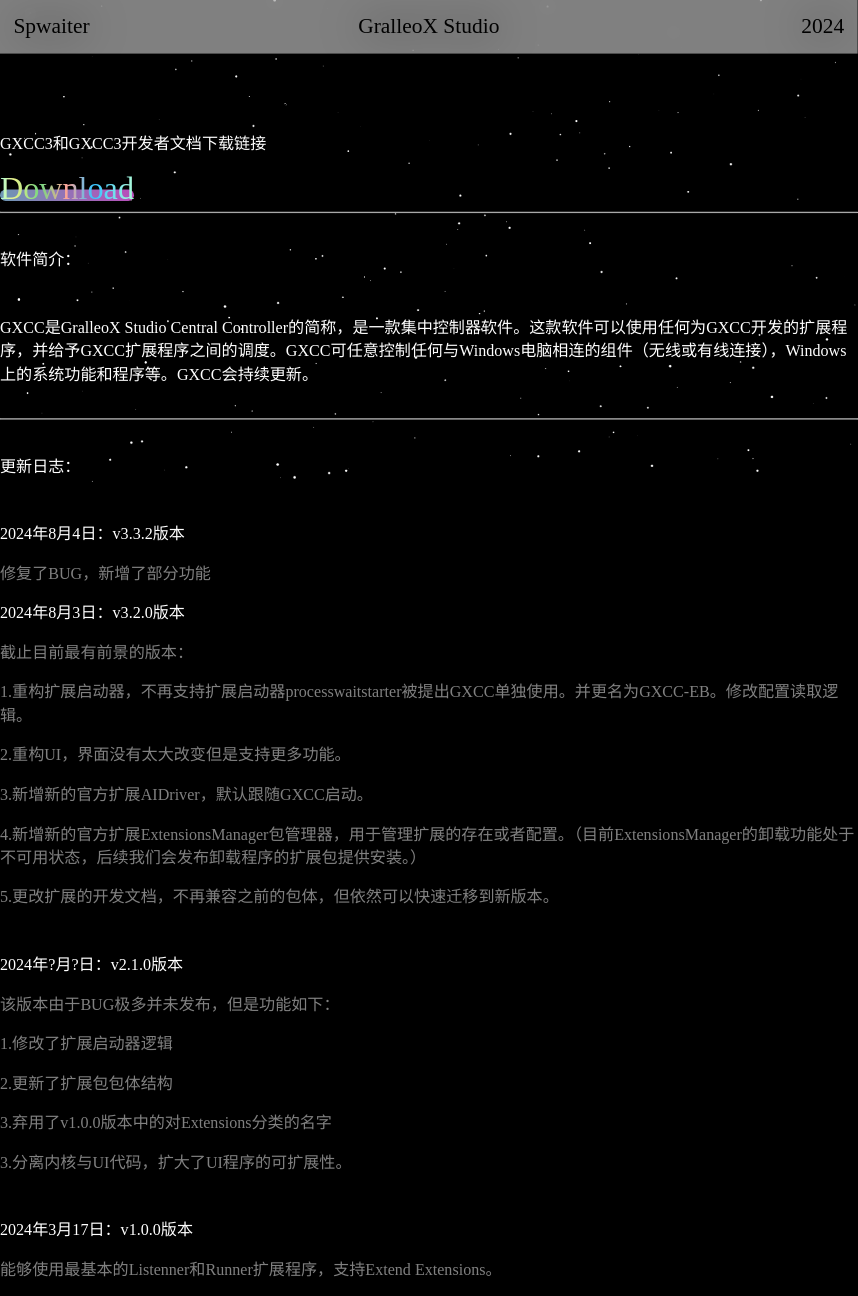
Repository: Lisu-Liso/page
Page: GXCC/index.html
An editor plug-in stored every save of this project. The page is shown before and after the next save, followed by the edit.
The browser window is 1280 px wide. The pictures show the whole page, at 67% of full size.

Above is the page before, as saved 2024-08-04 13:43:12.

After the next save:
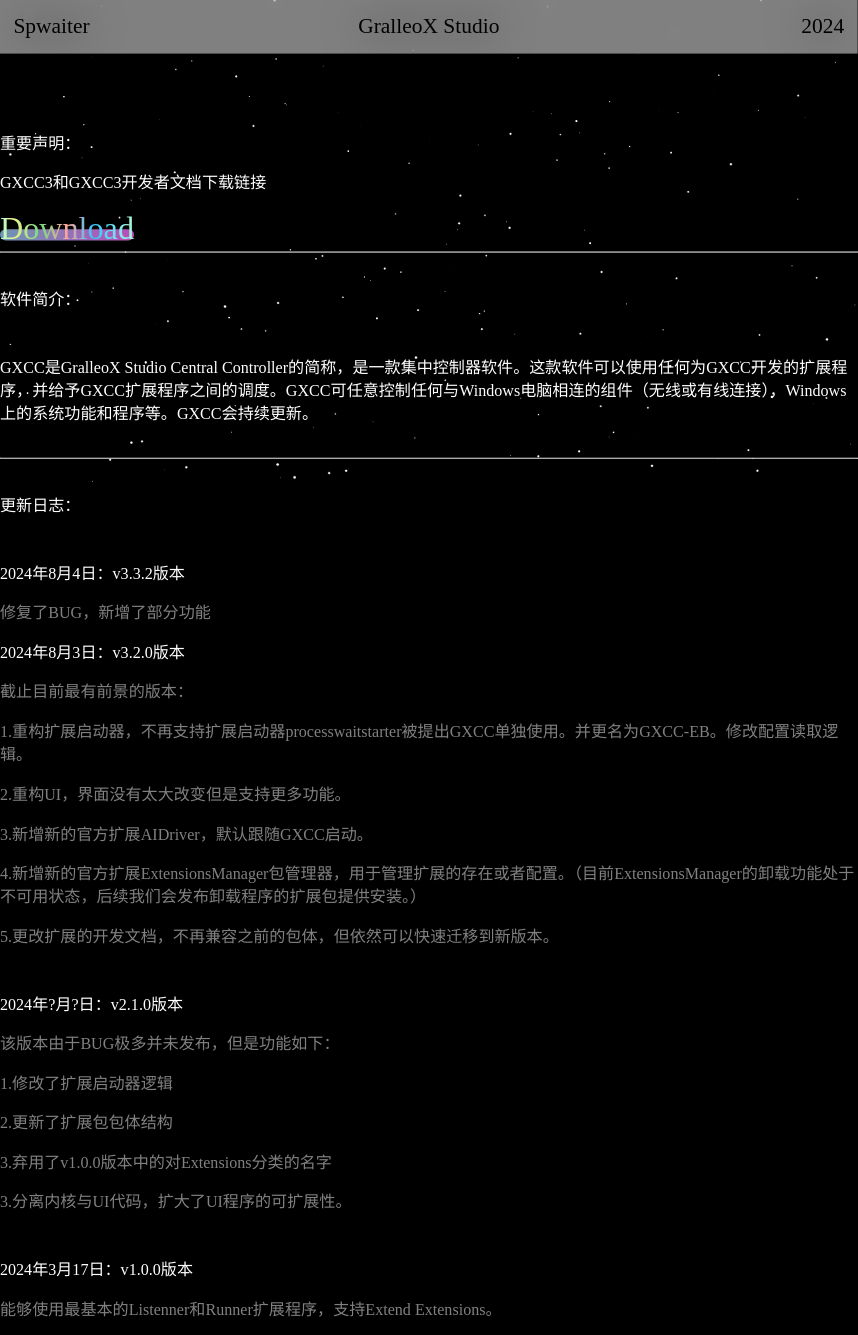
Saved 5 s later.
--- a/GXCC/index.html
+++ b/GXCC/index.html
@@ -271,7 +271,7 @@
             animate();
         </script>
         <div style="text-align:center;top:0;left:0;right:0;"><font size="7">这里是GXCC中文官网！</font></div>
-        <p class="normaltext"></p>
+        <p class="normaltext">重要声明：</p>
         <p class="normaltext">GXCC3和GXCC3开发者文档下载链接</p>
         <a class="newbutton" onclick="join_us()"><font class="article-header--title" size="7">Download</font></a>
         <div class="black_board" id="bb"></div>
